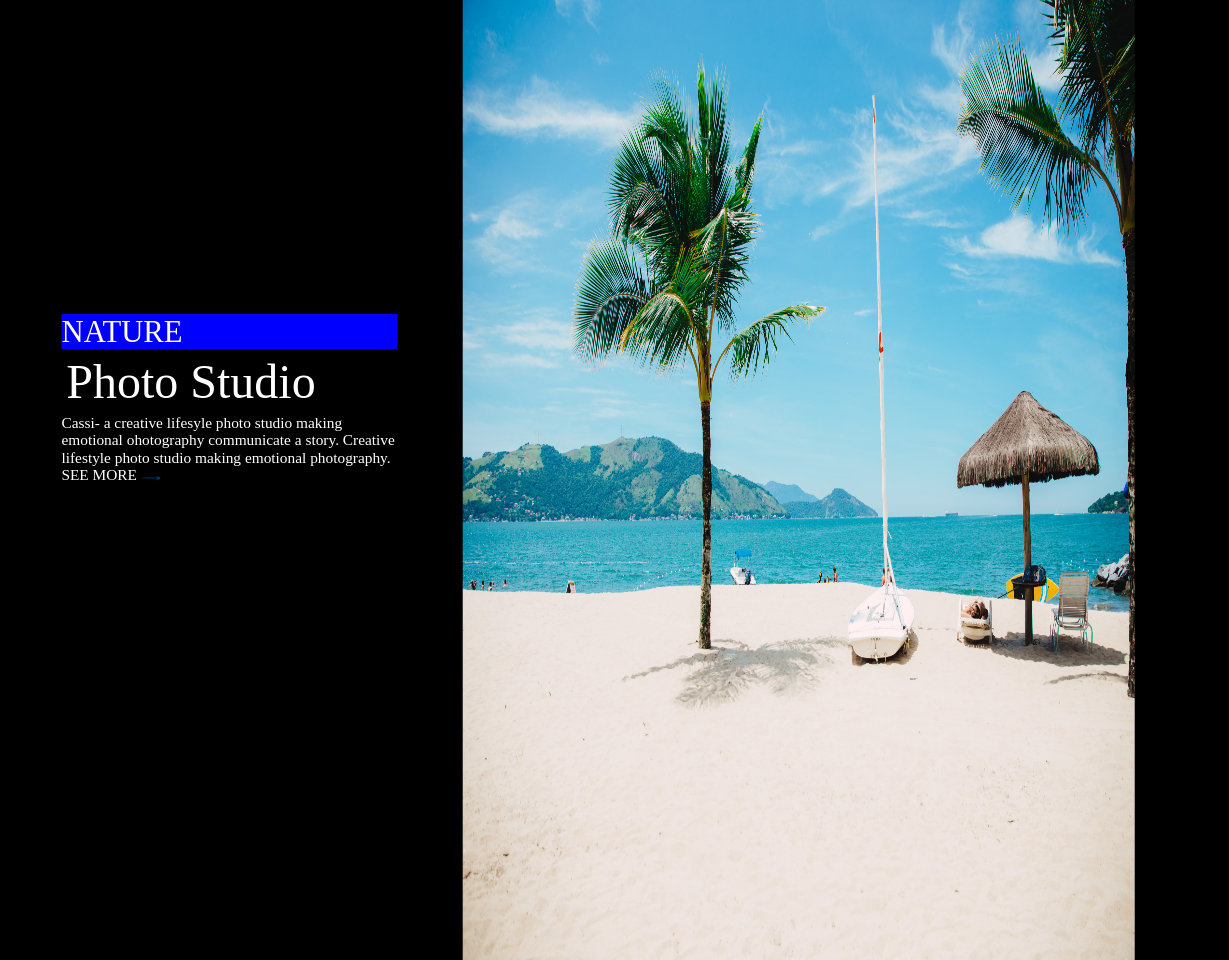
Repository: BRAspeaks/petty-project1
Page: petty project 1.html
An editor plug-in stored every save of this project. The page is shown before and after the next save, followed by the edit.
The browser window is 1280 px wide. The pictures show the whole page, at 96% of full size.

Above is the page before, as saved 2022-07-25 15:11:01.

### petty project 1.html
<!DOCTYPE html>
<html lang="en">
    <head>
        <meta charset="UTF-8">
        <meta http-equiv="X-UA-Compatible" content="IE=edge">
        <meta name="viewport" content="width=device-width, initial-scale=1.0">
        <title> Photo Studio</title>
        <link rel="stylesheet" href="pettyproject1.css">
    </head>
    <body>
        <div class="main">
            <p class="Nature"> NATURE</p>
            <p class="photo">Photo Studio</p>
            <p class="bodice">Cassi- a creative lifesyle photo studio making emotional ohotography communicate a story. Creative lifestyle photo studio making emotional photography.</p>
            <p class="more">SEE MORE </p>
            <img src="bluearrow.png" class="arrow">
        </div>
        <div class="image">
            <img src="beach.jpg" class="beach" >
        </div>
    </body>
</html>

### pettyproject1.css
* {
    margin: 0;
    padding: 0;
    box-sizing: border-box;
}
body{
    background-color: black;
    color: white;
}
.main{
    text-align: left;
    width: 350px;
    /* margin-top: 50%;
    margin-bottom: 50%; */
    margin-left: 5%;
    margin-right: 5%;
}
.Nature{
    background-color: blue;
    /* width:70px; */
    font-size: 2rem;
}
.photo{
    font-size: 50px;
    margin: 5px;
}
.arrow{
    width:20px;
}
.more, .arrow {
    display: inline-block
}
.main, .image{
    display:inline-block;
}
.image{
    text-align: right;

}
.beach{
    width: 700px;
    height: 1000px;
    margin-bottom: -500px;
}

After the next save:
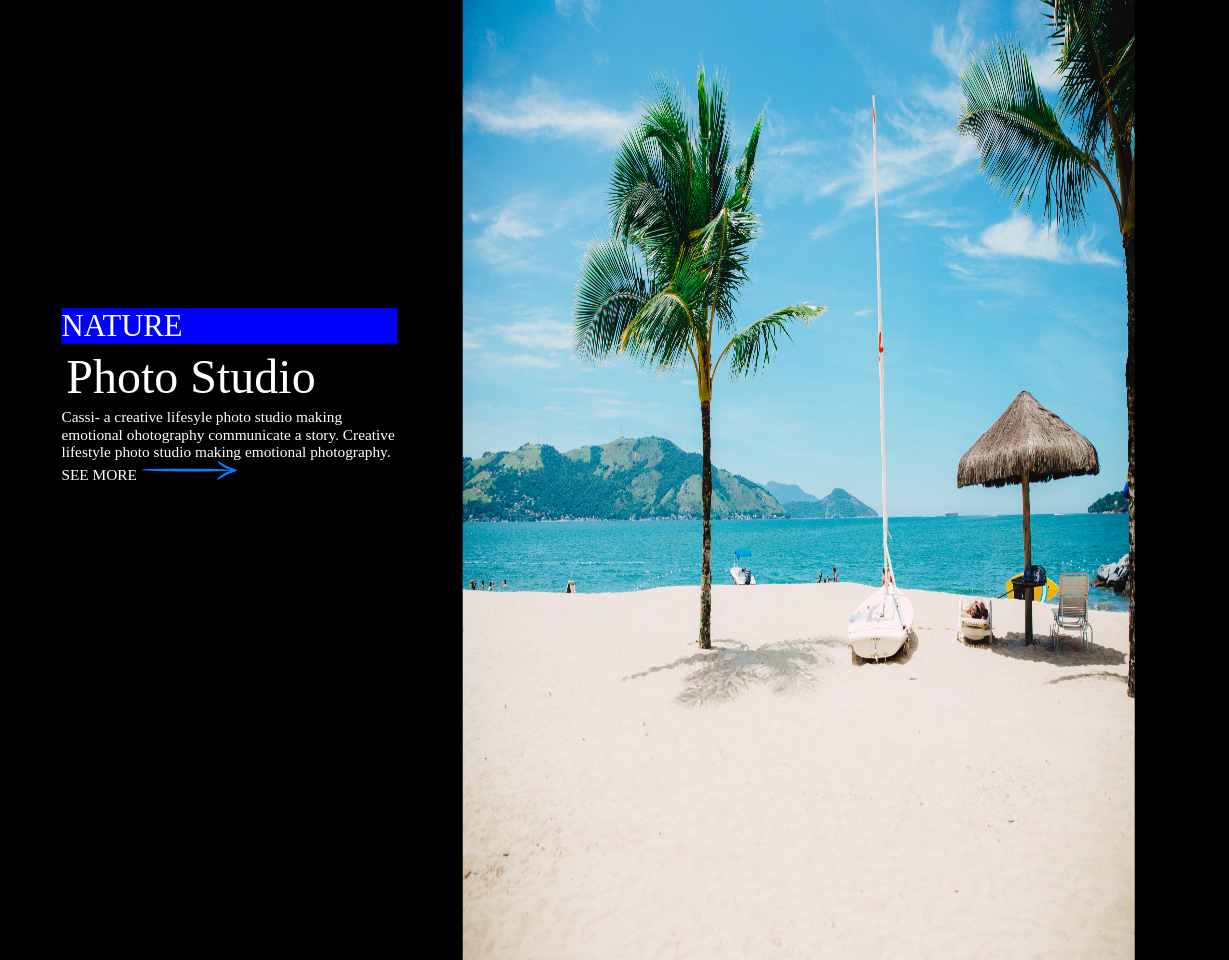
Saved 9 s later.
--- a/pettyproject1.css
+++ b/pettyproject1.css
@@ -25,7 +25,7 @@ body{
     margin: 5px;
 }
 .arrow{
-    width:20px;
+    height:20px;
 }
 .more, .arrow {
     display: inline-block
